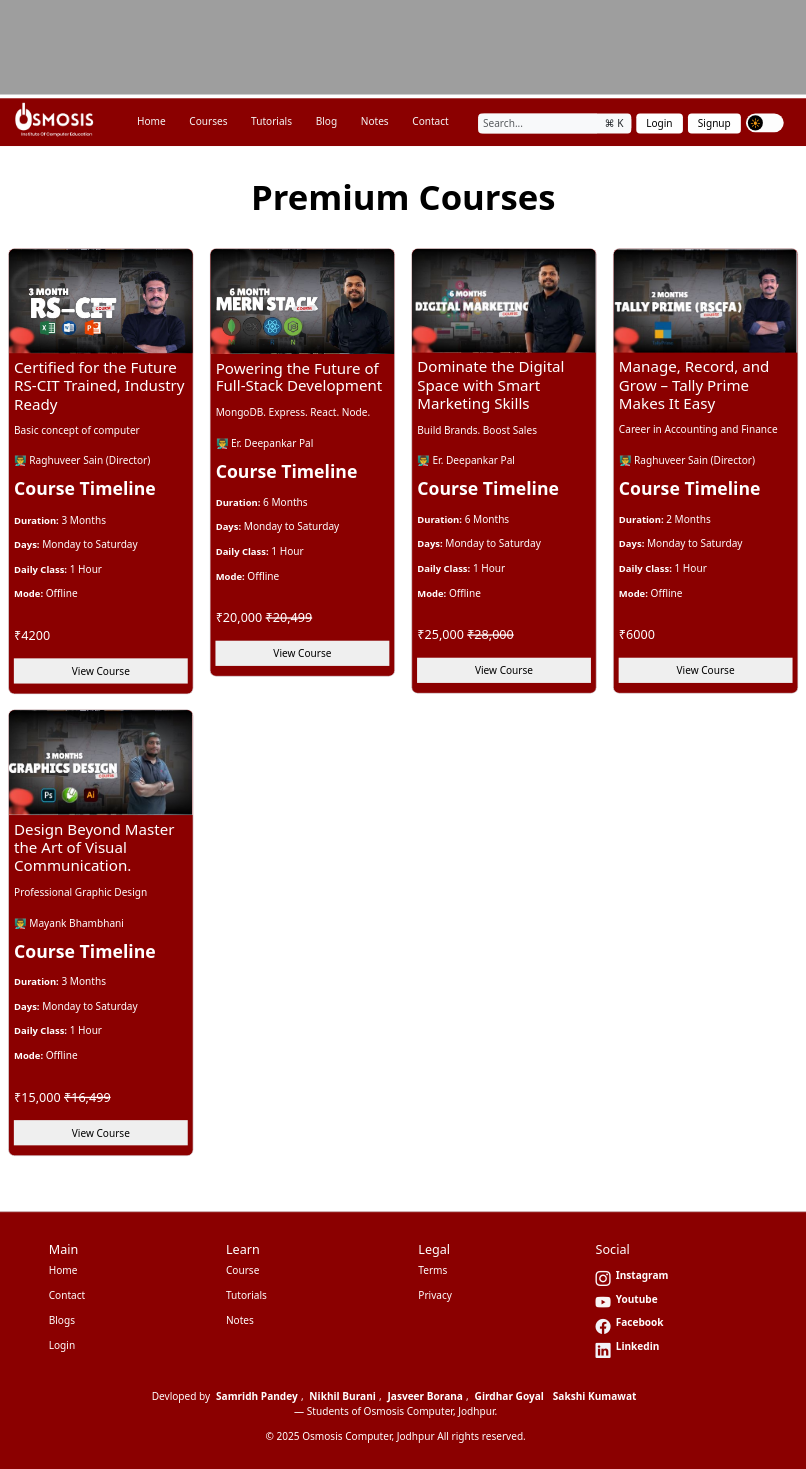
Repository: samriidhpandey/osmosis
Page: /Courses
The author's editor kept a copy of each file at every save. The page is drawn from the files as they stood at one save, then again after a run of saves.
The browser window is 1280 px wide. The pictures show the whole page, at 63% of full size.
Pictures or frames that could not be fetched are drawn as grey boxes. The project was rebuilt for these pictures with package versions that can differ from the ones it lists, and the page was loaded fresh each time. Also part of the build but not shown: vite.config.js, src/Section2.jsx, src/Section3.jsx, src/Section4.jsx, src/InfiniteReviewScroll.jsx, src/Section5.jsx, src/TypingText.jsx, src/AnimatedName.jsx and 103 more. Imported but missing from the stored project, and not drawn on this page: src/Images/final-app-on-mobile.mp4, src/Images/final-app-on-pc.mp4, src/Images/open-terminals.mp4, src/Images/python-location.mp4.

Above is the page before, as saved 2025-07-21 16:17:53.

### index.html
<!doctype html>
<html lang="en">
  <head>
    <meta charset="UTF-8" />
    <link rel="icon" type="image/png" href="./src/image/fe1.png" />
    <meta name="viewport" content="width=device-width, initial-scale=1.0" />
    <title>Osmosis Computer</title>
    <link href="https://cdn.jsdelivr.net/npm/bootstrap@5.0.2/dist/css/bootstrap.min.css" rel="stylesheet" integrity="sha384-EVSTQN3/azprG1Anm3QDgpJLIm9Nao0Yz1ztcQTwFspd3yD65VohhpuuCOmLASjC" crossorigin="anonymous">
    <link rel="stylesheet" href="https://cdnjs.cloudflare.com/ajax/libs/font-awesome/6.7.2/css/all.min.css" integrity="sha512-Evv84Mr4kqVGRNSgIGL/F/aIDqQb7xQ2vcrdIwxfjThSH8CSR7PBEakCr51Ck+w+/U6swU2Im1vVX0SVk9ABhg==" crossorigin="anonymous" referrerpolicy="no-referrer" />
    <link href="https://cdn.jsdelivr.net/npm/bootstrap@5.3.0/dist/css/bootstrap.min.css" rel="stylesheet" />
<link href="https://cdn.jsdelivr.net/npm/bootstrap-icons/font/bootstrap-icons.css" rel="stylesheet" />
<iframe src="https://my.spline.design/your-project-link" frameborder="0" width="100%" height="100%"></iframe>


  </head>
  <body>
    <div id="root"></div>
    <script type="module" src="/src/main.jsx"></script>
    <script src="https://cdn.jsdelivr.net/npm/bootstrap@5.0.2/dist/js/bootstrap.bundle.min.js" integrity="sha384-MrcW6ZMFYlzcLA8Nl+NtUVF0sA7MsXsP1UyJoMp4YLEuNSfAP+JcXn/tWtIaxVXM" crossorigin="anonymous"></script>
  </body>
</html>

### src/Footer.jsx
import React from 'react'
import get from './image/github.svg'
import get1 from './image/X.svg'
import get2 from './image/youtube.svg'
import { Link } from 'react-router-dom'
import get3 from './image/facebook.svg'


function Footer({isDark}) {
  const footer = {
    backgroundColor: isDark ? '#111827':'darkred',
    color: isDark ? 'white':'white',
  };
  return (
    <>
    <div className="container-fluid">
      <div className="row border-top" style={footer}>
        <div className="col-12 col-sm-12 col-md-12 col-lg-12 col-xl-11 col-xxl-10 m-auto ">
          <div className="row">
            <div className="col-6 col-sm-6 col-md-3 col-lg-3 col-xl-3 col-xxl-3 mt-5 ps-4 fot-menu">
              <h5>Main</h5>
              <Link to="/" className='text-white'><p>Home</p></Link>{""}
              <Link to="/Contact" className='text-white'><p>Contact</p></Link>{""}
              <Link to="/Blog" className='text-white'><p>Blogs</p></Link>{""}
              <Link to="/Login" className='text-white'><p>Login</p></Link>{""}
            </div>

            <div className="col-6 col-sm-6 col-md-3 col-lg-3 col-xl-3 col-xxl-3 mt-5">
              <h5>Learn</h5>
              <Link to="/Courses" className='text-white'><p>Course</p></Link>{""}
              <Link to="/Tutorial" className='text-white'><p>Tutorials</p></Link>{""}
              <Link to="/Notes" className='text-white'><p>Notes</p></Link>{""}

            </div>

            <div className="col-6 col-sm-6 col-md-3 col-lg-3 col-xl-3 col-xxl-3 mt-5 ps-4">
              <h5>Legal</h5>
              <Link to="/Terms" className='text-white'><p>Terms</p></Link>{""}
              <Link to="/Privacy" className='text-white'><p>Privacy</p></Link>{""}
              {/* <p>Refund</p> */}

            </div>

            <div className="col-6 col-sm-6 col-md-3 col-lg-3 col-xl-3 col-xxl-3 mt-5">
              <h5>Social</h5>
             <a href="https://www.instagram.com/osmosis_computer?igsh=MWkyNGtib2s1NG10OQ%3D%3D&utm_source=qr "
              target="_blank"
    rel="noopener noreferrer"
    style={{
      color:'white',
      textDecoration: "none",
      fontWeight: "bold",
      marginTop: "0px",
      marginBottom: "0px",
    }}
    onMouseOver={(e) => (e.target.style.textDecoration = "underline")}
    onMouseOut={(e) => (e.target.style.textDecoration = "none")}><div className="social d-flex p-0 mt-3"> <i className="bi bi-instagram" style={{fontSize:'24px', color:" #fcf9faff",}}></i><img className='img-fluid me-2 bg-light rounded' alt="" /> <p> Instagram</p></div> </a>


    <a href="https://www.youtube.com/@OsmosisComputerJodhpur "
              target="_blank"
    rel="noopener noreferrer"
    style={{
      color:'white',
      textDecoration: "none",
      fontWeight: "bold",
      marginTop: "0px",
      marginBottom: "0px",
    }}
    onMouseOver={(e) => (e.target.style.textDecoration = "underline")}
    onMouseOut={(e) => (e.target.style.textDecoration = "none")}><div className="social d-flex p-0 mt-3"> <i className="bi bi-youtube" style={{fontSize:'24px', color:" #f9f5f5ff",}}></i><img className='img-fluid me-2 bg-light rounded' alt="" /> <p> Youtube</p></div> </a>



    <a href="https://www.facebook.com/share/1LYuEtGZGp/?mibextid=wwXIfr"
              target="_blank"
    rel="noopener noreferrer"
    style={{
      color:'white',
      textDecoration: "none",
      fontWeight: "bold",
      marginTop: "0px",
      marginBottom: "0px",
    }}
    onMouseOver={(e) => (e.target.style.textDecoration = "underline")}
    onMouseOut={(e) => (e.target.style.textDecoration = "none")}><div className="social d-flex p-0 mt-3"> <i className="bi bi-facebook" style={{fontSize:'24px', color:" #f2f2f8ff",}}></i><img className='img-fluid me-2 bg-light rounded' alt="" /> <p> Facebook</p></div> </a>



    <a href="https://www.linkedin.com/company/osmosiscomputer/"
              target="_blank"
    rel="noopener noreferrer"
    style={{
      color:'white',
      textDecoration: "none",
      fontWeight: "bold",
      marginTop: "0px",
      marginBottom: "0px",
    }}
    onMouseOver={(e) => (e.target.style.textDecoration = "underline")}
    onMouseOut={(e) => (e.target.style.textDecoration = "none")}><div className="social d-flex p-0 mt-3"> <i className="bi bi-linkedin" style={{fontSize:'24px', color:" #f2f2f8ff",}}></i><img className='img-fluid me-2 bg-light rounded' alt="" /> <p>Linkedin</p></div> </a>



            </div>
          </div>
        </div>

        <div className="row">
          <div className="col-12">


  <footer
  className='mt-3'
  style={{
    padding: "1.5rem",
    textAlign: "center",


  }}
>
  Devloped by{" "}
  <a
    href="https://www.linkedin.com/in/samridh-pandey-771835317?utm_source=share&utm_campaign=share_via&utm_content=profile&utm_medium=android_app"
    target="_blank"
    rel="noopener noreferrer"
    style={{
      color:'white',
      textDecoration: "none",
      fontWeight: "bold",
      margin: "0 5px",
    }}
    onMouseOver={(e) => (e.target.style.textDecoration = "underline")}
    onMouseOut={(e) => (e.target.style.textDecoration = "none")}
  >
    Samridh Pandey
  </a>
  ,{" "}
  <a
    href="https://www.linkedin.com/in/nikhil-burani?utm_source=share&utm_campaign=share_via&utm_content=profile&utm_medium=android_app"
    target="_blank"
    rel="noopener noreferrer"
    style={{
      color:'white',
      textDecoration: "none",
      fontWeight: "bold",
      margin: "0 5px",
    }}
    onMouseOver={(e) => (e.target.style.textDecoration = "underline")}
    onMouseOut={(e) => (e.target.style.textDecoration = "none")}
  >
    Nikhil Burani
  </a>
  ,{" "}
  <a
    href="https://www.linkedin.com/in/jasveer-borana-39878a373?utm_source=share&utm_campaign=share_via&utm_content=profile&utm_medium=android_app "
    target="_blank"
    rel="noopener noreferrer"
    style={{
      color:'white',
      textDecoration: "none",
      fontWeight: "bold",
      margin: "0 5px",
    }}
    onMouseOver={(e) => (e.target.style.textDecoration = "underline")}
    onMouseOut={(e) => (e.target.style.textDecoration = "none")}
  >
    Jasveer Borana
  </a>
  ,{" "}
  <a
    href="https://www.linkedin.com/in/girdhar-goyal-1376b5332?lipi=urn%3Ali%3Apage%3Ad_flagship3_profile_view_base_contact_details%3B9WR3byrCTMq%2FaVpFyt54vQ%3D%3D"
    target="_blank"
    rel="noopener noreferrer"
    style={{
      textDecoration: "none",
      fontWeight: "bold",
      margin: "0 5px",
      color:'white',
    }}
    onMouseOver={(e) => (e.target.style.textDecoration = "underline")}
    onMouseOut={(e) => (e.target.style.textDecoration = "none")}
  >
    Girdhar Goyal
  </a>{" "}

  <a
    href="https://www.linkedin.com/in/sakshi-k-b046b4320?utm_source=share&utm_campaign=share_via&utm_content=profile&utm_medium=ios_app "
    target="_blank"
    rel="noopener noreferrer"
    style={{
      textDecoration: "none",
      fontWeight: "bold",
      margin: "0 5px",
      color:'white',
    }}
    onMouseOver={(e) => (e.target.style.textDecoration = "underline")}
    onMouseOut={(e) => (e.target.style.textDecoration = "none")}
  >
    Sakshi Kumawat
  </a>{" "}

  <p>—  Students of Osmosis Computer, Jodhpur.</p>
  <p>© 2025 Osmosis Computer, Jodhpur All rights reserved.</p>
</footer>



          </div>
        </div>
      </div>
    </div>
    </>
  )
}

export default Footer

### src/Component2/Courses.jsx
import React from 'react'
import ad1 from '../image/c1.jpg';
import ad2 from '../image/c2.jpg';
import ad3 from '../image/c3.jpg';
import ad4 from '../image/c4.jpg';
import ad5 from '../image/c5.jpg';
import { Link } from "react-router-dom";



function Courses({isDark}) {
  const Courses = {
    backgroundColor: isDark ? '#0E121B' : 'white',
    color: isDark ? 'white' : 'black',
  };
  const Courses1 = {
    backgroundColor: isDark ? 'black' : 'darkred',
    color: isDark ? 'white' : 'white',
  };


  const headingStyle = {
    // fontSize: "20px",
    fontWeight: "600",
    color: "white",
    marginBottom: "0px",
  };

  const itemStyle = {
    fontSize: "16px",
    color: "white",
    // lineHeight:'-100px',
    marginBottom: "-25px",
  };
  return (
    <>
    {/* <BrowserRouter> */}


    <div className="container-fluid">
      <div className="row"style={Courses}>
        <div className="col-12">
          <h1 className=' fw-bolder text-center mt-5 mb-4'>Premium Courses</h1>
          <div className="row mt-5 mb-5 pb-3">

           <div className="col-12 col-sm-12 col-md-6 col-lg-4 col-xl-3 col-xxl-3" >
            <Link to="/part1" className='part1'>
              <div className="row">
                <div className="col-11 border mb-4 pb-2 m-auto p-0 cour-card" style={Courses1}>
                    <div className="col-12 p-0 cour-img">
                <img src={ad1} className='img-fluid cour-img' alt="" />
              </div>
              <div className=" p-2">
            <h4 className=''>Certified for the Future RS-CIT Trained, Industry Ready</h4>
            <p className='mt-3'>Basic concept of computer</p>
            <p className='mt-4'>👨‍🏫 Raghuveer Sain (Director)</p>
            <h3 style={headingStyle}>Course Timeline</h3>
      <p style={itemStyle}><strong>Duration:</strong> 3 Months</p>
      <p style={itemStyle}><strong>Days:</strong> Monday to Saturday</p>
      <p style={itemStyle}><strong>Daily Class:</strong> 1 Hour</p>
      <p style={itemStyle}><strong>Mode:</strong> Offline </p>
            <h5 className='mt-5'>₹4200</h5>

            <button className='w-100 mt-3 border-0 pt-2 pb-2'>View Course</button>
          </div>
                </div>
              </div>

            </Link>{""}
          </div>


          <div className="col-12 col-sm-12 col-md-6 col-lg-4 col-xl-3 col-xxl-3">
            <Link to="/part2" className='part1'>
              <div className="row">
                <div className="col-11 border mb-4 pb-2 m-auto p-0 cour-card" style={Courses1}>
                    <div className="col-12 p-0 cour-img">
                <img src={ad2} className='img-fluid cour-img' alt="" />
              </div>
              <div className=" p-2">
            <h4 className=''>Powering the Future of Full-Stack Development</h4>
            <p className='mt-3'>MongoDB. Express. React. Node.</p>
            <p className='mt-4'>👨‍🏫 Er. Deepankar Pal</p>
            <h3 style={headingStyle}>Course Timeline</h3>
      <p style={itemStyle}><strong>Duration:</strong> 6 Months</p>
      <p style={itemStyle}><strong>Days:</strong> Monday to Saturday</p>
      <p style={itemStyle}><strong>Daily Class:</strong> 1 Hour</p>
      <p style={itemStyle}><strong>Mode:</strong> Offline </p>
            <h5 className='mt-5'>₹20,000 <s>₹20,499</s></h5>

            <button className='w-100 mt-3 border-0 pt-2 pb-2'>View Course</button>
          </div>
                </div>
              </div>
             </Link>{""}

          </div>



          <div className="col-12 col-sm-12 col-md-6 col-lg-4 col-xl-3 col-xxl-3">
            <Link to="/part3" className='part1'>
              <div className="row">
                <div className="col-11 border mb-4 pb-2 m-auto p-0 cour-card" style={Courses1}>
                    <div className="col-12 p-0 cour-img">
                <img src={ad3} className='img-fluid cour-img w-100' alt="" />
              </div>
              <div className=" p-2">
            <h4 className=''>Dominate the Digital Space with Smart Marketing Skills</h4>
            <p className='mt-3'>Build Brands. Boost Sales</p>
            <p className='mt-4'>👨‍🏫 Er. Deepankar Pal</p>
            <h3 style={headingStyle}>Course Timeline</h3>
      <p style={itemStyle}><strong>Duration:</strong> 6 Months</p>
      <p style={itemStyle}><strong>Days:</strong> Monday to Saturday</p>
      <p style={itemStyle}><strong>Daily Class:</strong> 1 Hour</p>
      <p style={itemStyle}><strong>Mode:</strong> Offline </p>
            <h5 className='mt-5'>₹25,000 <s>₹28,000</s></h5>

            <button className='w-100 mt-3 border-0 pt-2 pb-2'>View Course</button>
          </div>
                </div>
              </div>
             </Link>{""}

          </div>




          <div className="col-12 col-sm-12 col-md-6 col-lg-4 col-xl-3 col-xxl-3">
            <Link to="/part4" className='part1'>
              <div className="row">
                <div className="col-11 border mb-4 pb-2 m-auto p-0 cour-card" style={Courses1}>
                    <div className="col-12 p-0 cour-img">
                <img src={ad4} className='img-fluid cour-img w-100' alt="" />
              </div>
              <div className=" p-2">
            <h4 className=''>Manage, Record, and Grow – Tally Prime Makes It Easy</h4>
            <p className='mt-3'>Career in Accounting and Finance</p>
            <p className='mt-4'>👨‍🏫 Raghuveer Sain (Director)</p>
            <h3 style={headingStyle}>Course Timeline</h3>
      <p style={itemStyle}><strong>Duration:</strong> 2 Months</p>
      <p style={itemStyle}><strong>Days:</strong> Monday to Saturday</p>
      <p style={itemStyle}><strong>Daily Class:</strong> 1 Hour</p>
      <p style={itemStyle}><strong>Mode:</strong> Offline </p>
            <h5 className='mt-5'>₹6000</h5>

            <button className='w-100 mt-3 border-0 pt-2 pb-2'>View Course</button>
          </div>
                </div>
              </div>
             </Link>{""}

          </div>





          <div className="col-12 col-sm-12 col-md-6 col-lg-4 col-xl-3 col-xxl-3">
            <Link to="/part5" className='part1'>
              <div className="row">
                <div className="col-11 border mb-4 pb-2 m-auto p-0 cour-card" style={Courses1}>
                    <div className="col-12 p-0 cour-img">
                <img src={ad5} className='img-fluid cour-img w-100' alt="" />
              </div>
              <div className=" p-2">
            <h4 className=''>Design Beyond Master the Art of Visual Communication.</h4>
            <p className='mt-3'>Professional Graphic Design</p>
            <p className='mt-4'>👨‍🏫 Mayank Bhambhani</p>
            <h3 style={headingStyle}>Course Timeline</h3>
      <p style={itemStyle}><strong>Duration:</strong> 3 Months</p>
      <p style={itemStyle}><strong>Days:</strong> Monday to Saturday</p>
      <p style={itemStyle}><strong>Daily Class:</strong> 1 Hour</p>
      <p style={itemStyle}><strong>Mode:</strong> Offline </p>
            <h5 className='mt-5'>₹15,000 <s>₹16,499</s></h5>

            <button className='w-100 mt-3 border-0 pt-2 pb-2'>View Course</button>
          </div>
                </div>
              </div>
             </Link>{""}

          </div>





          </div>
        </div>
      </div>


    </div>


    </>
  )
}

export default Courses

Loaded but not shown: src/main.jsx (common file); src/App.jsx (426 lines, source omitted); src/App.css (1048 lines, source omitted); src/index.css (no stored copy; drawn as an empty file)

After the next 6 saves:
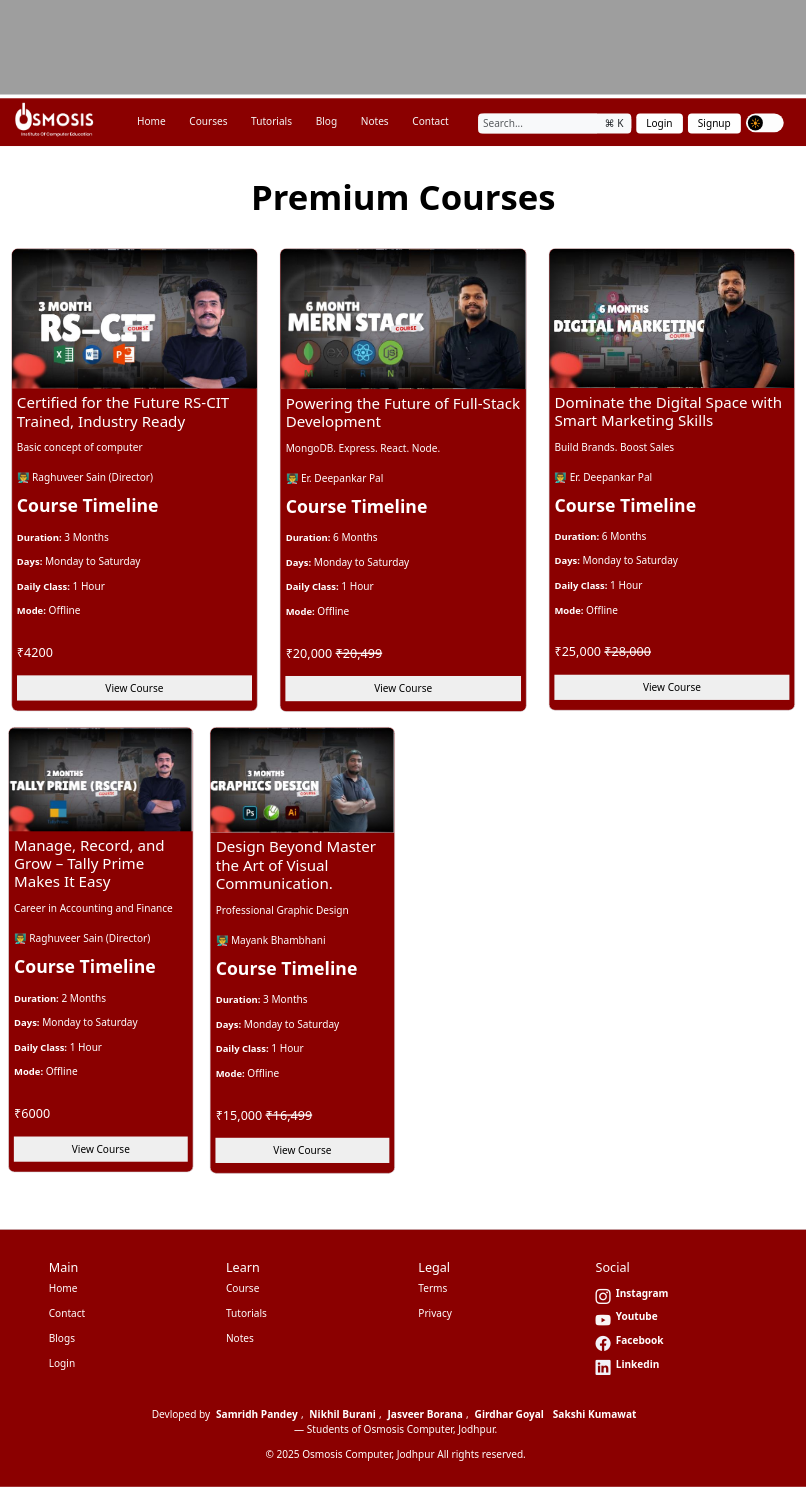
The 6 saves are shown as one change because they came seconds apart.
The last was saved 93 s later.
--- a/src/Component2/Courses.jsx
+++ b/src/Component2/Courses.jsx
@@ -43,7 +43,7 @@
           <h1 className=' fw-bolder text-center mt-5 mb-4'>Premium Courses</h1>
           <div className="row mt-5 mb-5 pb-3">
 
-           <div className="col-12 col-sm-12 col-md-6 col-lg-4 col-xl-3 col-xxl-3" >
+           <div className="col-12 col-sm-12 col-md-6 col-lg-4 col-xl-4 col-xxl-4" >
             <Link to="/part1" className='part1'>
               <div className="row">
                 <div className="col-11 border mb-4 pb-2 m-auto p-0 cour-card" style={Courses1}>
@@ -70,7 +70,7 @@
           </div>
 
 
-          <div className="col-12 col-sm-12 col-md-6 col-lg-4 col-xl-3 col-xxl-3">
+          <div className="col-12 col-sm-12 col-md-6 col-lg-4 col-xl-4 col-xxl-4">
             <Link to="/part2" className='part1'>
               <div className="row">
                 <div className="col-11 border mb-4 pb-2 m-auto p-0 cour-card" style={Courses1}>
@@ -98,7 +98,7 @@
 
 
 
-          <div className="col-12 col-sm-12 col-md-6 col-lg-4 col-xl-3 col-xxl-3">
+          <div className="col-12 col-sm-12 col-md-6 col-lg-4 col-xl-4 col-xxl-4">
             <Link to="/part3" className='part1'>
               <div className="row">
                 <div className="col-11 border mb-4 pb-2 m-auto p-0 cour-card" style={Courses1}>
